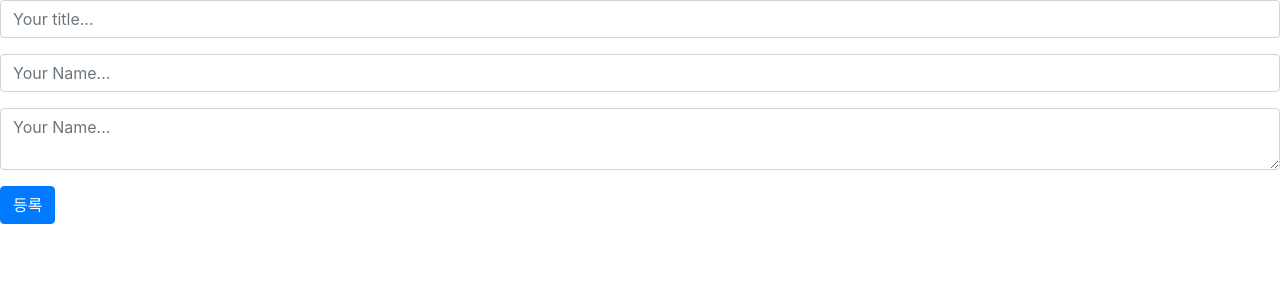
Repository: devlearncampus/gallery
Page: http://localhost/galleryapp/gallery/write.jsp
An editor plug-in stored every save of this project. The page is shown before and after the next save, followed by the edit.
The browser window is 1280 px wide. The pictures show the whole page.
The page is served by Tomcat 9. Other server files are loaded and not shown.

Above is the page before, as saved 2026-09-28 02:21:11.

### galleryapp/src/main/webapp/gallery/write.jsp
<%@ page contentType="text/html; charset=UTF-8"%>
<!DOCTYPE html>
<html>
<head>
<meta charset="UTF-8">
<title>Insert title here</title>
<!-- Latest compiled and minified CSS -->
<link rel="stylesheet" href="https://cdn.jsdelivr.net/npm/bootstrap@4.6.2/dist/css/bootstrap.min.css">

<!-- jQuery library -->
<script src="https://cdn.jsdelivr.net/npm/jquery@3.7.1/dist/jquery.slim.min.js"></script>

<!-- Popper JS -->
<script src="https://cdn.jsdelivr.net/npm/popper.js@1.16.1/dist/umd/popper.min.js"></script>

<!-- Latest compiled JavaScript -->
<script src="https://cdn.jsdelivr.net/npm/bootstrap@4.6.2/dist/js/bootstrap.bundle.min.js"></script>
</head>
<body>
	<div>
		<!-- 게시판 글쓰기 폼을 부트스트랩 디자인으로 제작해보기  -->
		<form>
			<div class="form-group">
				<input type="text" placeholder="Your title..." class="form-control">
			</div>

			<div class="form-group">
				<input type="text" placeholder="Your Name..." class="form-control">
			</div>

			<div class="form-group">
				<textarea placeholder="Your Name..." class="form-control"></textarea>
			</div>

			<div class="form-group">
				<button class="btn btn-primary">등록</button>
			</div>

		</form>
	</div>
</body>
</html>

After the next save:
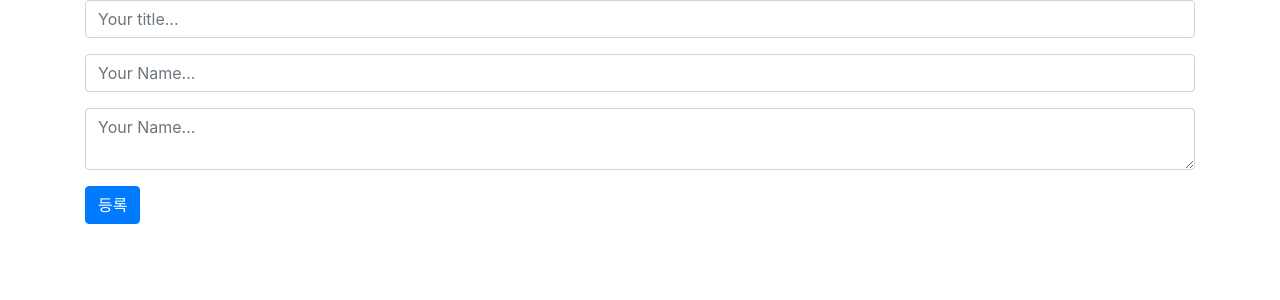
Saved 20 s later.
--- a/galleryapp/src/main/webapp/gallery/write.jsp
+++ b/galleryapp/src/main/webapp/gallery/write.jsp
@@ -17,7 +17,7 @@
 <script src="https://cdn.jsdelivr.net/npm/bootstrap@4.6.2/dist/js/bootstrap.bundle.min.js"></script>
 </head>
 <body>
-	<div>
+	<div class="container">
 		<!-- 게시판 글쓰기 폼을 부트스트랩 디자인으로 제작해보기  -->
 		<form>
 			<div class="form-group">
